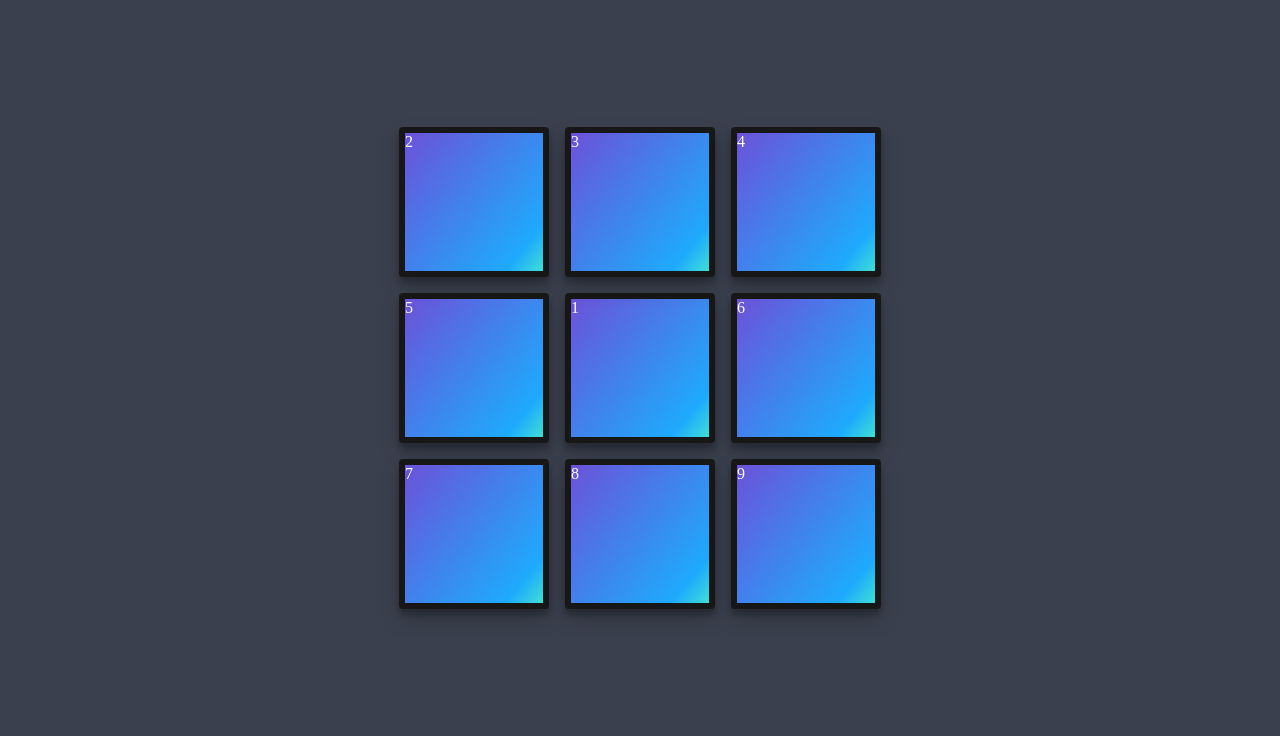
Repository: mariocapitbrok/css-grid
Page: index.html
An editor plug-in stored every save of this project. The page is shown before and after the next save, followed by the edit.
The browser window is 1280 px wide. The pictures show the whole page.

Above is the page before, as saved 2022-12-29 18:37:01.

After the next save:
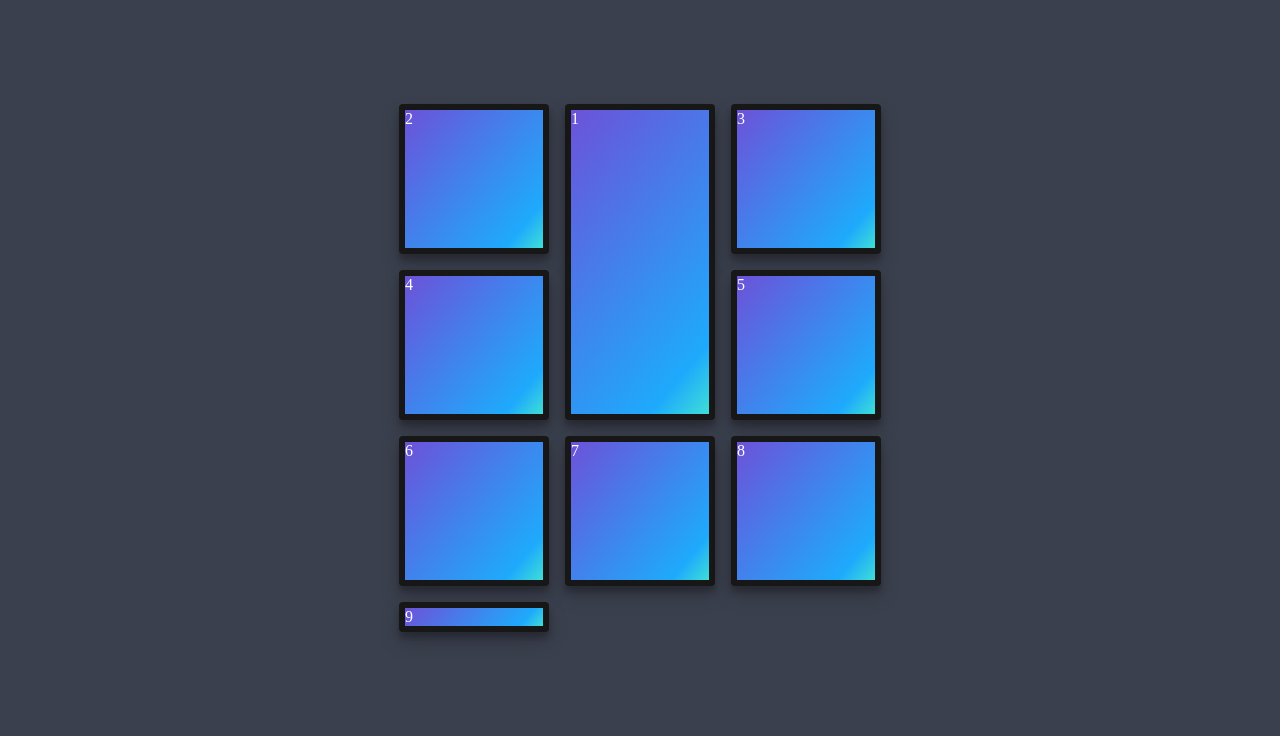
Saved 21 s later.
--- a/styles.css
+++ b/styles.css
@@ -23,6 +23,6 @@
 }
 
 .item1 {
-  grid-row: 2 / 3;
+  grid-row: 1 / 3;
   grid-column: 2 / 3;
 }

After the save that followed:
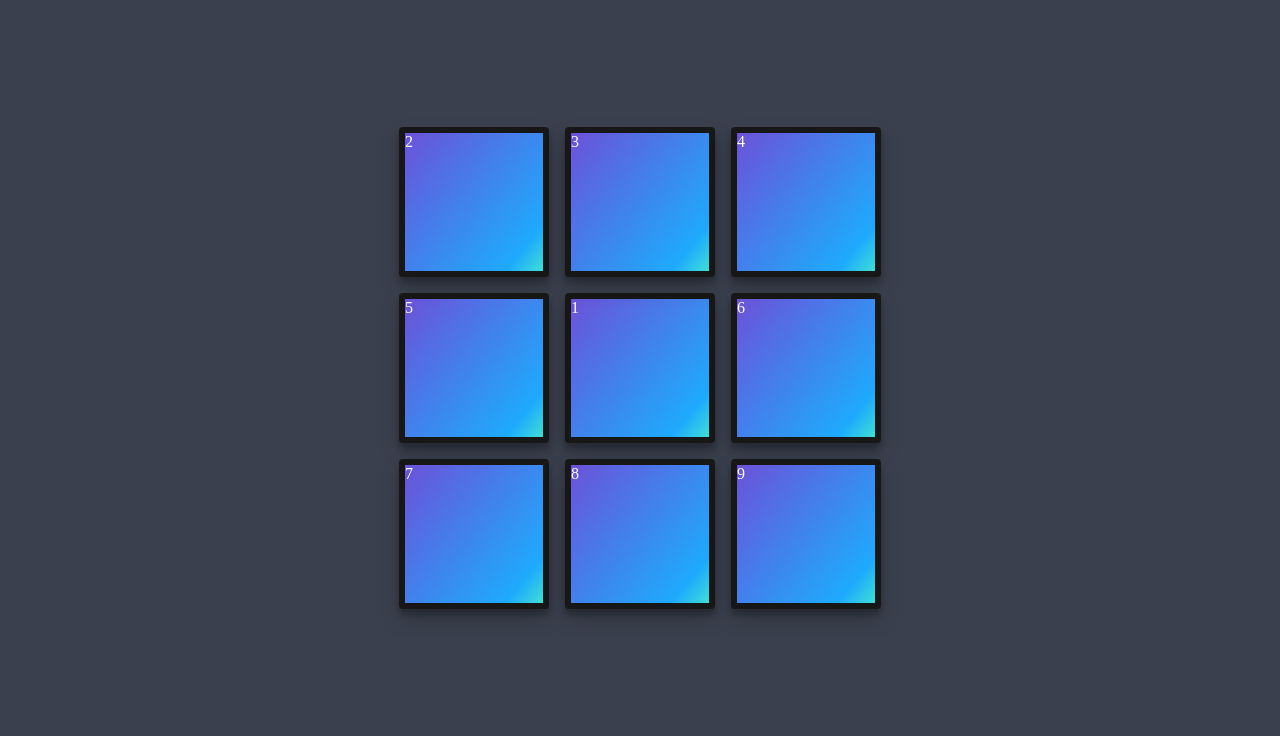
Saved 9 s later.
--- a/styles.css
+++ b/styles.css
@@ -23,6 +23,6 @@
 }
 
 .item1 {
-  grid-row: 1 / 3;
+  grid-row: 2 / 3;
   grid-column: 2 / 3;
 }
